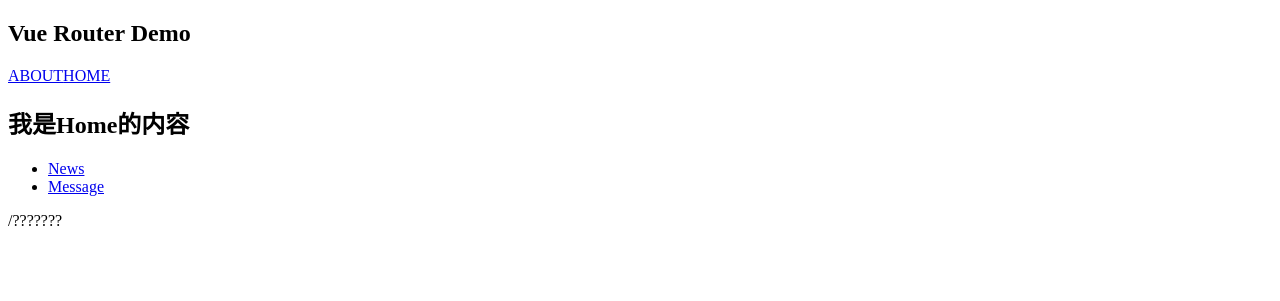
Repository: 13067902180/vue2.0study
Page: /#/home/news
An editor plug-in stored every save of this project. The page is shown before and after the next save, followed by the edit.
The browser window is 1280 px wide. The pictures show the whole page.
The project was rebuilt for these pictures with package versions that can differ from the ones it lists, and the page was loaded fresh each time. Also part of the build but not shown: vue.config.js, src/pages/About.vue, src/pages/Message.vue.

Above is the page before, as saved 2023-03-03 15:43:51.

### public/index.html
<!DOCTYPE html>
<html lang="">
  <head>
    <meta charset="utf-8" />
    <!-- 针对ie浏览器的特殊配置，让ie最高级别渲染页面 -->
    <meta http-equiv="X-UA-Compatible" content="IE=edge" />
    <!-- 开启移动端的理想视口 -->
    <meta name="viewport" content="width=device-width,initial-scale=1.0" />
    <!-- 配置页签图标 <%= BASE_URL %> ==== ./ 怕打包出问题 指的是public所在的路径-->
    <link rel="icon" href="<%= BASE_URL %>favicon.ico" />
    <!-- 映入第三方样式 -->
    <!-- <link rel="stylesheet" href="<%= BASE_URL %>css/1.css" /> -->
    <!-- 配置网页图标  %= htmlWebpackPlugin.options.title % 是webpack里的插件1-->
    <title><%= htmlWebpackPlugin.options.title %></title>
  </head>
  <body>
    <!-- 如果浏览器不支持js 显示 支持就不渲染 -->
    <noscript>
      <strong
        >We're sorry but <%= htmlWebpackPlugin.options.title %> doesn't work
        properly without JavaScript enabled. Please enable it to
        continue.</strong
      >
    </noscript>

    <div id="app"></div>
    <!-- built files will be auto injected -->
  </body>
</html>
<!-- 整个页面的界面 -->

### src/main.js
//引入vue 精简版  正式版是vue.js dist/vue.js
import Vue from 'vue'
import VueRouter from 'vue-router'

//app所有组件的父组件
import App from './App.vue'
import router from './router'

Vue.use(VueRouter)

Vue.config.productionTip = false
// 创建vue实例对象  ---vm
new Vue({
  // 将app组件放入容器中
  render: h => h(App),

  router: router,
}).$mount('#app')

### src/App.vue
<template>
  <div>
    <div class="row">
      <Banner></Banner>
    </div>
    <div class="row">
      <div class="col-xs-offset-2 col-xs-2">
        <div class="list-group">
          <!-- 原始html中我们使用a标签实现页面跳转 -->
          <!-- <a href="./about.html" class="list-group-item active" >ABOUT</a> -->
          <!-- <a href="./home/html" class="list-group-item">HOME</a> -->
          <router-link class="list-group-item" active-class="active" to="/about"
            >ABOUT</router-link
          >
          <router-link class="list-group-item" active-class="active" to="/home"
            >HOME</router-link
          >
        </div>
      </div>
      <div class="col-xs-6">
        <div class="panel">
          <div class="panel-body">
            <!-- 指定组件的呈现位置 -->
            <router-view></router-view>
          </div>
        </div>
      </div>
    </div>
  </div>
</template>

<script>
// 引入组件  组件全放到components
import Banner from "./components/Banner.vue";
export default {
  name: "App",
  components: {
    Banner,
  },
};
</script>

<style>
</style>

### src/router/index.js
// 该文件专门用于创建整个应用的路由器


import VueRouter from "vue-router";
import About from '../pages/About.vue'
import Home from '../pages/Home.vue'
import News from '../pages/News.vue'
import Message from "../pages/Message.vue";
// 创建并暴露一个路由器
export default new VueRouter({
    routes: [{
        // 一级路由
        path: '/about',
        component: About,
    },
    {
        path: '/home',
        component: Home,
        children: [
            {
                path: 'news',
                component: News,
            },
            {
                path: 'message',
                component: Message,
            }
        ]
    },
    ]
})

### src/components/Banner.vue
<template>
  <div class="col-xs-offset-2 col-xs-8">
    <div class="page-header"><h2>Vue Router Demo</h2></div>
  </div>
</template>

<script>
export default {
  // eslint-disable-next-line vue/multi-word-component-names
  name: "Banner",
};
</script>

<style>
</style>

### src/pages/Home.vue
<template>
  <div>
    <h2>我是Home的内容</h2>
    <div>
      <ul class="nav nav-tabs">
        <li>
          <router-link
            href="./home-news.html"
            class="list-group-item"
            active-class="active"
            to="/news"
            >News</router-link
          >
        </li>
        <li>
          <router-link
            href="./home-news.html"
            class="list-group-item"
            active-class="active"
            to="/message"
            >Message</router-link
          >
        </li>
      </ul>
      /???????
    </div>
  </div>
</template>

<script>
export default {
  // eslint-disable-next-line vue/multi-word-component-names
  name: "Home",
  // beforeDestroy() {
  //   console.log("Home组件即将被销毁");
  // },
  // mounted() {
  //   console.log("Home组件挂载完毕");
  // },
};
</script>

<style>
</style>

### src/pages/News.vue
<template>
  <ul>
    <li>new001</li>
    <li>new002</li>
    <li>new003</li>
  </ul>
</template>

<script>
export default {
  // eslint-disable-next-line vue/multi-word-component-names
  name: "News",
};
</script>

<style>
</style>

After the next save:
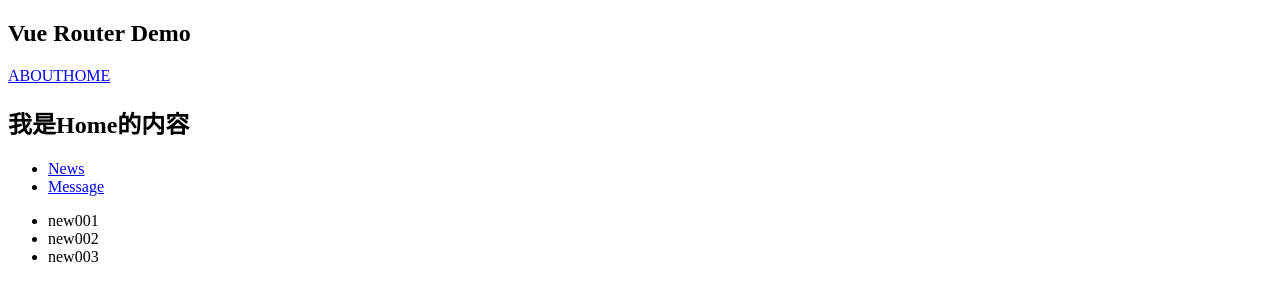
Saved 14 s later.
--- a/src/pages/Home.vue
+++ b/src/pages/Home.vue
@@ -22,7 +22,7 @@
           >
         </li>
       </ul>
-      /???????
+      <router-view></router-view>
     </div>
   </div>
 </template>
